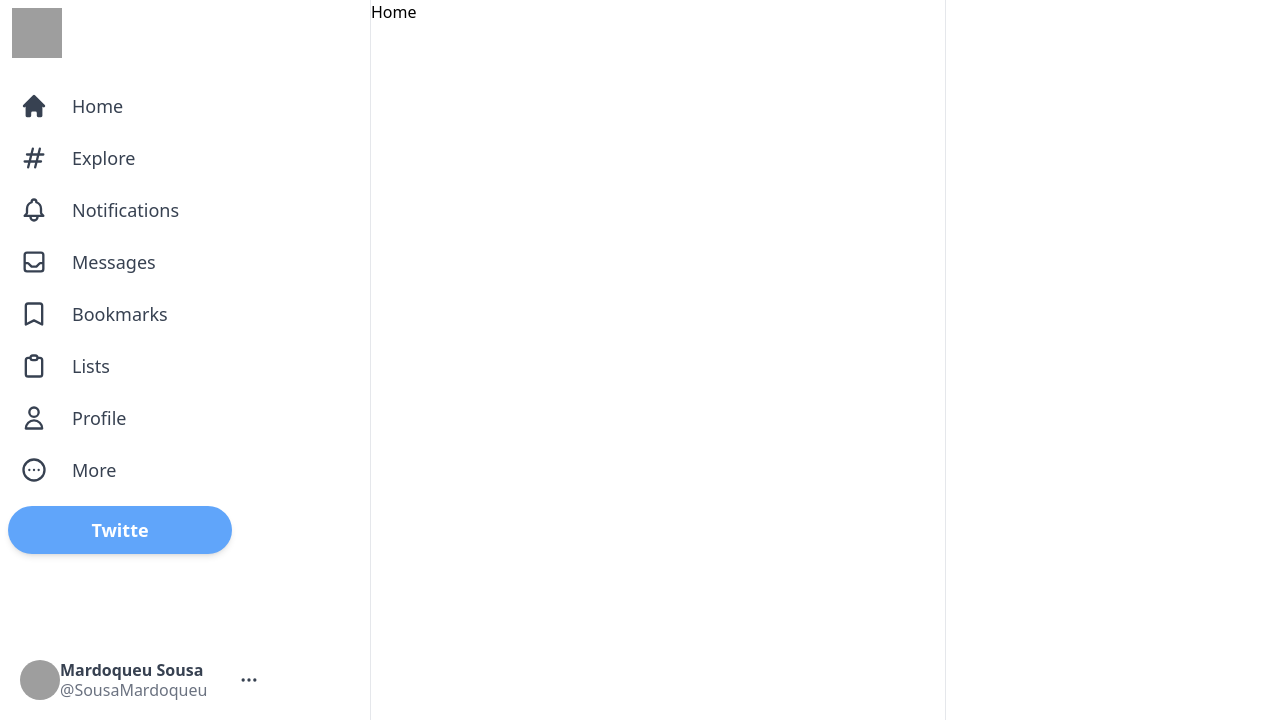
Repository: Mardoqueu/twitter
Page: /
The author's editor kept a copy of each file at every save. The page is drawn from the files as they stood at one save, then again after the next save.
The browser window is 1280 px wide. The pictures show the whole page.
Pictures or frames that could not be fetched are drawn as grey boxes. The project was rebuilt for these pictures with package versions that can differ from the ones it lists, and the page was loaded fresh each time. The framework's server and built-in components were replaced by stand-ins that run in the browser. Also part of the build but not shown: next.config.js.

Above is the page before, as saved 2022-09-01 15:34:01.

After the next save:
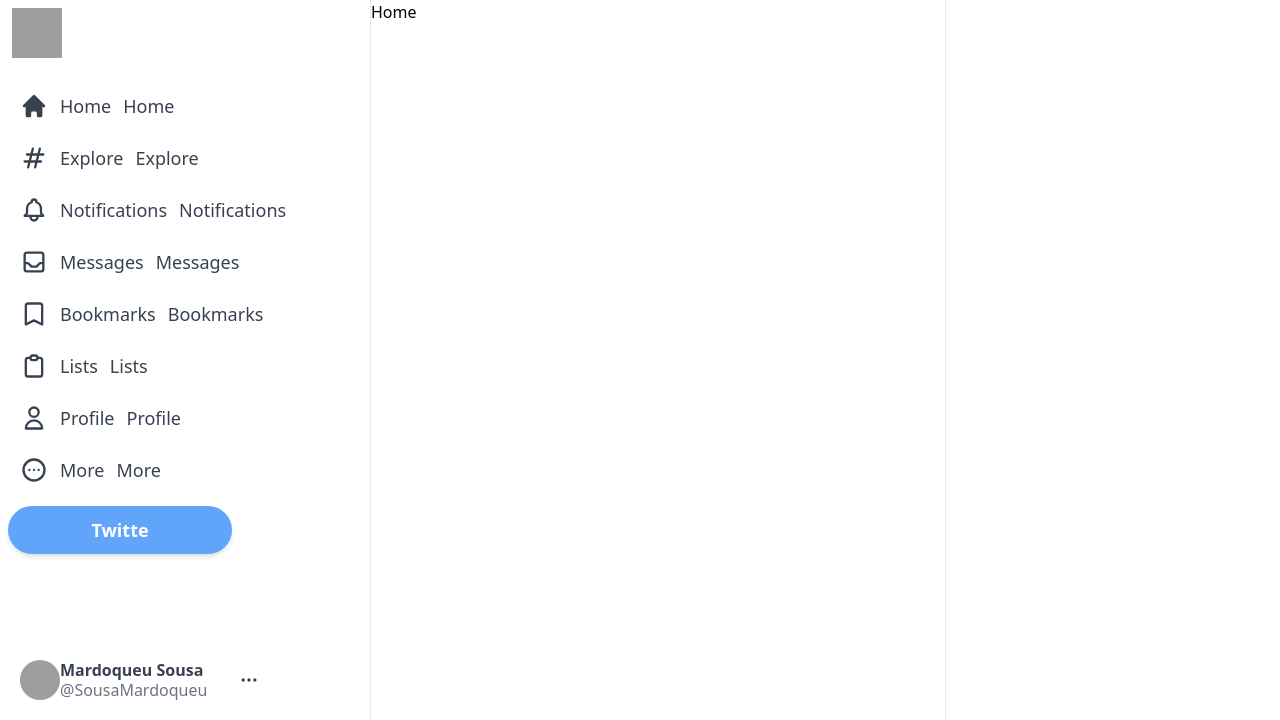
Saved 51 s later.
--- a/components/SidebarMenuItem.js
+++ b/components/SidebarMenuItem.js
@@ -4,7 +4,7 @@
   return (
     <div className="hoverEffect flex items-center text-gray-700 justify-center xl:justify-start text-lg space-x-3">
       <Icon className="h-7" />
-      <span className={'${active && "font-bold"} hidden xl:inline'}></span>
+      <span className={'${active && "font-bold"} hidden xl:inline'}>{text}</span>
       <span>{text}</span>
     </div>
   )
